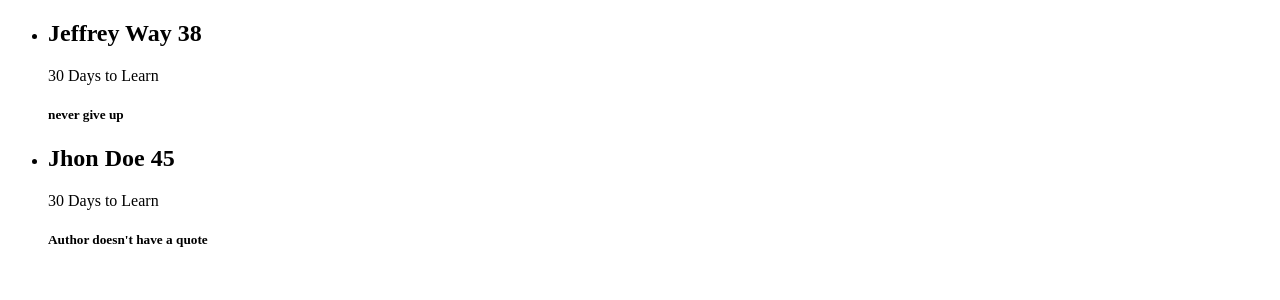
Repository: nema38/30DaysTrainning
Page: 30Days19_Say_Hello_To_Handlebars/index.html
An editor plug-in stored every save of this project. The page is shown before and after the next save, followed by the edit.
The browser window is 1280 px wide. The pictures show the whole page.
Some web libraries are served in a nearby version.

Above is the page before, as saved 2014-04-28 19:45:09.

After the next save:
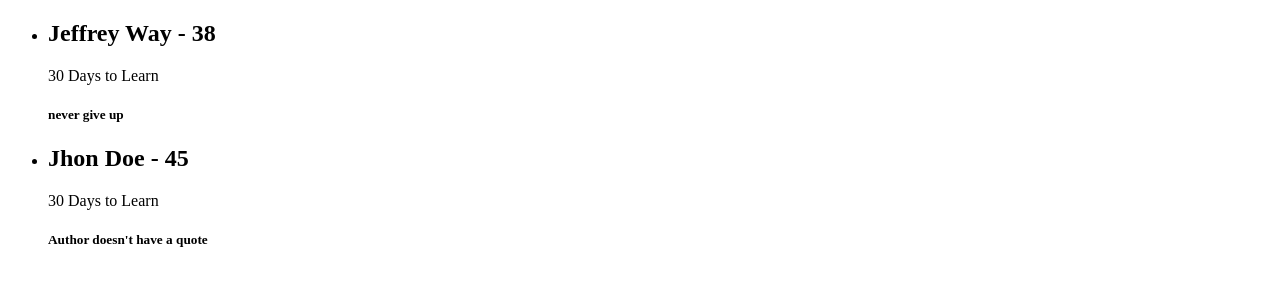
Saved 67 s later.
--- a/30Days19_Say_Hello_To_Handlebars/index.html
+++ b/30Days19_Say_Hello_To_Handlebars/index.html
@@ -51,7 +51,7 @@
 				}
 				];
 				Handlebars.registerHelper('fullname', function(author){
-					return author.first + ' ' + author.last + ' ' + author.age;
+					return author.first + ' ' + author.last + ' - ' + author.age;
 				});
 
 				var template = Handlebars.compile($('#template').html());
